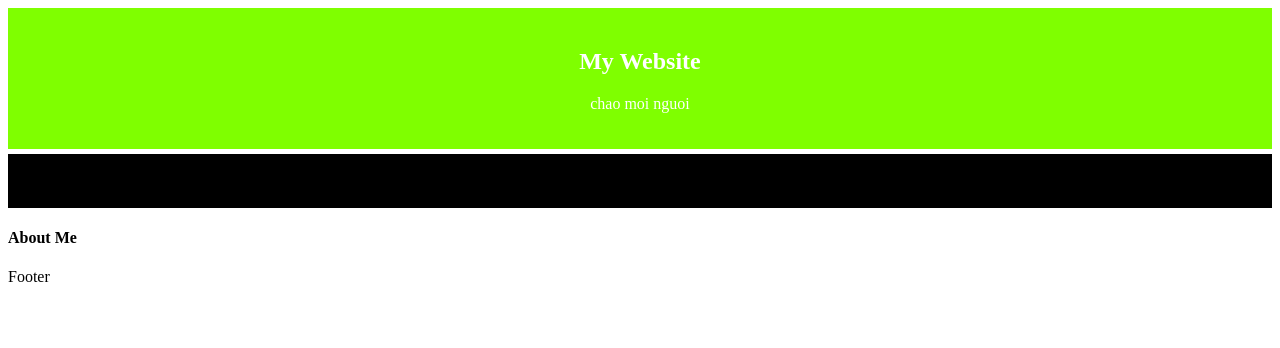
Repository: Lehuyhuynh/BTH2-CSS
Page: BTH2/index,.html
The author's editor kept a copy of each file at every save. The page is drawn from the files as they stood at one save, then again after the next save.
The browser window is 1280 px wide. The pictures show the whole page.

Above is the page before, as saved 2023-08-09 23:04:50.

After the next save:
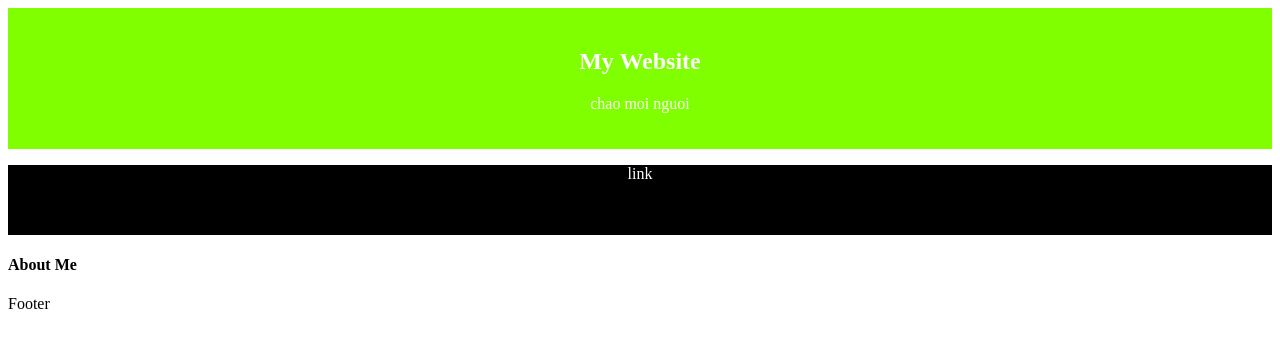
Saved 24 s later.
--- a/BTH2/index,.html
+++ b/BTH2/index,.html
@@ -13,7 +13,7 @@
   </div>
 
   <div class="head-link">
-    <div>link</div>
+    <p>link</p>
     <div>link</div>
     <div>link</div>
   </div>
